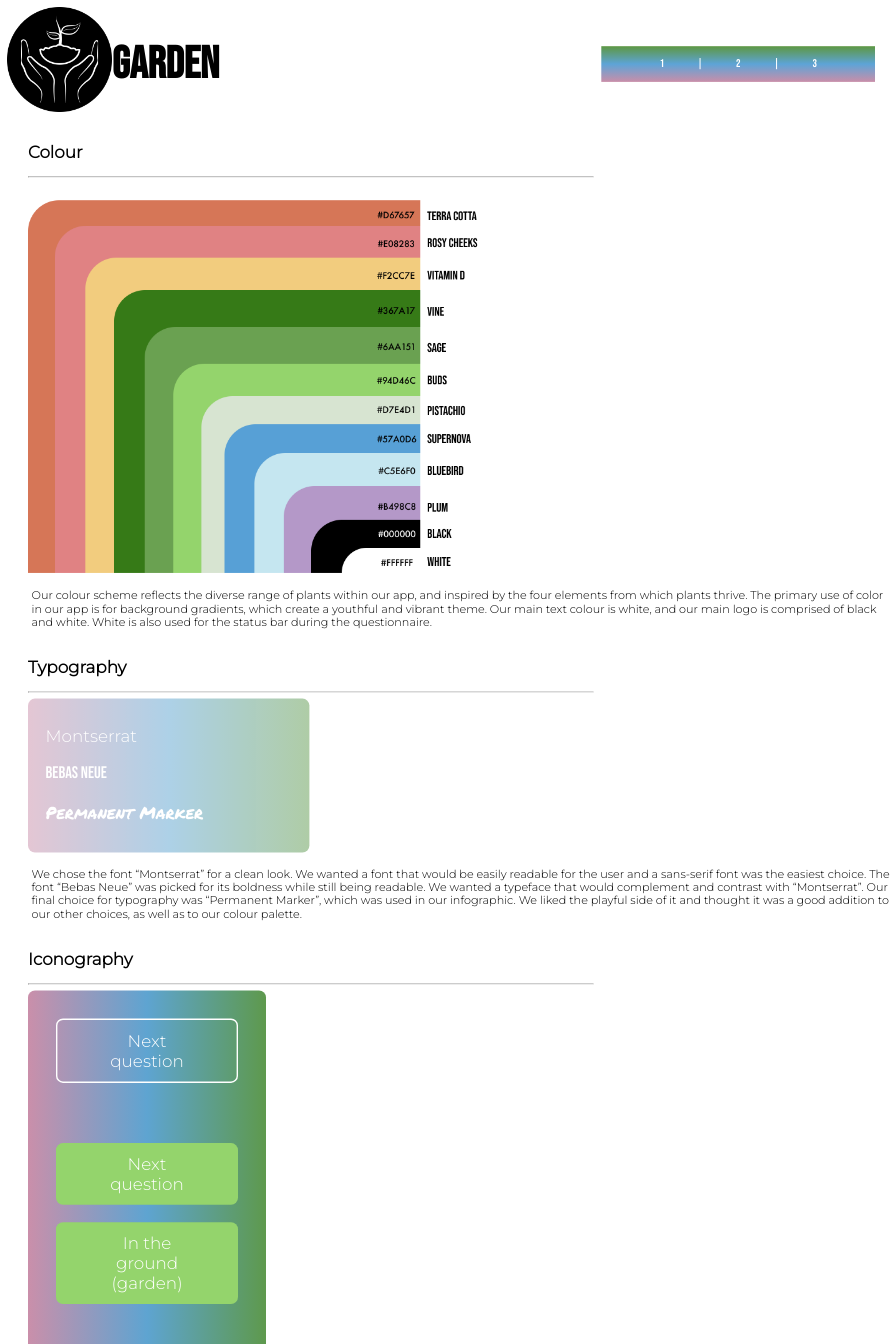
Repository: zoelake/DCDmidterm
Page: DESIGN-HERE/page2.html
These files come from the project's save history. The page is drawn as it stood at one moment and after the next save; the edit follows.
The browser window is 1280 px wide. The pictures show the part of the page from y = 0 to 1920 px (the page is 3275 px tall), at 70% of full size.

Above is the page before, as saved 2021-03-23 19:04:57.

### DESIGN-HERE/page2.html
<!DOCTYPE html>
<html lang="en">

<head>
    <meta charset="UTF-8">
    <meta http-equiv="X-UA-Compatible" content="IE=edge">
    <meta name="viewport" content="width=device-width, initial-scale=1.0">
    <title>Garden</title>

    <!-- google fonts here  -->
    <link rel="preconnect" href="https://fonts.gstatic.com">
    <link href="https://fonts.googleapis.com/css2?family=Montserrat:ital,wght@0,300;1,700&display=swap"
        rel="stylesheet">
    <link rel="preconnect" href="https://fonts.gstatic.com">
    <link href="https://fonts.googleapis.com/css2?family=Bebas+Neue&display=swap" rel="stylesheet">
    <link rel="preconnect" href="https://fonts.gstatic.com">
    <link href="https://fonts.googleapis.com/css2?family=Permanent+Marker&display=swap" rel="stylesheet">

    <link rel="stylesheet" type="text/css" href="style2.css">
</head>

<body>
    <header>
        <div id="header">
            <div id="logo">
                <img id="logo-image" src="images/logo-main.png" alt="Garden logo">
                <h1>Garden</h1>
            </div>
            <div id="nav_container">
                <div id="nav">
                    <p><a href="index.html">1</a> | <a href="page2.html">2</a> | <a href="page3.html">3</a></p>
                </div>
            </div>
        </div>
    </header>

    <!-- main content here -->

    <ul class="styleguide-details">
        <li>
            <div class="container">
                <div class="title">
                    <h2>Colour</h2>
                    <hr>
                </div>
                <div class="palette">
                    <img id="palettes" alt="colour" src="images/Palettes.png">
                </div>
                <div class="text" id="colour-info">
                    <p>Our colour scheme reflects the diverse range of plants within our app, and inspired by the four
                        elements from which plants thrive.

                        The primary use of color in our app is for background gradients, which create a youthful and
                        vibrant theme.

                        Our main text colour is white, and our main logo is comprised of black and white. White is also
                        used for the status bar during the questionnaire. </p>
                </div>
                <div id="clear"></div>
            </div>
        </li>

        <li>
            <div class="container">
                <div class="title">
                    <h2>Typography</h2>
                    <hr>
                </div>
                <div id="font-styles">
                    <p class="mont">Montserrat</p>
                    <p class="bebas">Bebas Neue</p>
                    <p class="perma">Permanent Marker</p>
                </div>
                <div class="text">
                    <p>We chose the font “Montserrat” for a clean look. We wanted a font that would be easily readable
                        for the user and a sans-serif font was the easiest choice.

                        The font “Bebas Neue” was picked for its boldness while still being readable. We wanted a
                        typeface that would complement and contrast with “Montserrat”.

                        Our final choice for typography was “Permanent Marker”, which was used in our infographic. We
                        liked the playful side of it and thought it was a good addition to our other choices, as well as
                        to our colour palette.</p>
                </div>
            </div>
        </li>

        <li>
            <div class="container">
                <div class="title">
                    <h2>Iconography</h2>
                    <hr>
                </div>
                <div class="icono-styles">
                    <div class="buttons">
                        <button class="button">Next question</button><br><br>
                        <button class="green">Next question</button>
                        <button class="green">In the ground (garden)</button>
                    </div>
                    <div class="icons">
                        <img alt="sunny" src="images/sun.png" width="75" height="75">
                        <img alt="watering" src="images/bucket.png" width="75" height="75">
                        <img alt="globe" src="images/globe.png" width="75" height="75">
                    </div>
                    <div class="images">
                        <img id="cactus" alt="cacti" src="images/cactus.png" width="120" height="120">
                    </div>
                </div>
                <div class="text">
                    <p>For our iconography, we went with colours that found in nature; for this reason, a large emphasis
                        is placed on green. The rounder shapes also connect well with our logo and emulate organic
                        shapes typically found outdoors.

                        To create contrast, we used white as a color for the fonts and/or the buttons.

                        Rounded borders were also chosen to create the appearance of a button- this familiar design
                        creates a connection to clickability in the users’ mind. </p>
                </div>
            </div>
        </li>

        <li>
            <div class="container">
                <div class="title">
                    <h2>Graphics</h2>
                    <hr>
                </div>
                <div class="graphics_text">
                    <p>For our graphics, we took a simple approach- playful and direct imagery. Our users will be shown
                        images relevant to the text on-screen.

                        The colour green is also heavily emphasized. This tiess our graphics to existing elements, and
                        falls into line with our existing colour scheme.</p>
                </div>
                <div class="graphics-styles">
                    <img id="worldmap" alt="map" src="images/worldmap.png">
                    <img id="growing" alt="tomato" src="images/tomatoes.png">
                    <img id="garden" alt="food" src="images/garden.png">
                </div>
            </div>
        </li>
    </ul>

    <footer>
        <div id="foot_div">
            <img id="rainbow-stripes" alt="decorative" src="images/rainbow-stripes.png">
        </div>
    </footer>
</body>

</html>

### DESIGN-HERE/style2.css
html, body {
    margin: 0 auto;
    width: 100vw;
    height: 100vh;
    padding:0;
}

/* font-family: 'Permanent Marker', cursive;
font-family: 'Bebas Neue', cursive;
font-family: 'Montserrat', sans-serif; */

#header {
    display: flex;
    flex-direction: row;
    top: 0;
    left:0;
    align-items: center;
    padding: 10px;
}

#logo {
    display: flex;
    justify-content: flex-start;
    width: 50%;
}

#logo-image {
    width: 150px;
    height: 150px;
}

h1 {
    font-family: 'Bebas Neue', cursive;
    font-size: 64px;
}

#nav_container {
    display: flex;
    justify-content: flex-end;
    align-items: flex-end;
    width: 100%;
    margin-right: 20px;
}

#nav {
    display: flex;
    justify-content: center;
    padding-left: 30px;
    padding-right: 30px;
    background-image: linear-gradient(#5D9742, #5DA4D7, #C98EA9);
    color: white;
    width: 40%;
    max-width: 100%;
    text-align: center;
    word-spacing: 3.5vmax;
    font-family: 'Bebas Neue', cursive;
}

a{
    color: white;
    text-decoration: none;
}

footer{
    border: 2px solid pink;
    bottom: 0;
    right: 0;
    display: flex;
    justify-content: flex-end;
}

#foot_div {
    display: flex;
    justify-content: flex-end;
    width: 100%;
}

#rainbow-stripes {
    width: 25%;
}



/* PAGE 2 BODY */

.styleguide-details {
    list-style-type: none;
}

.styleguide-details li {
    position: relative;
}


.title {
    font-family: 'Montserrat', sans-serif;
    color: #000000;
}

hr {
    margin-right: 50%;
    width: 65%;
    color: #000000;
}

.text {
    font-family: 'Montserrat', sans-serif;
    color: #000000;
    padding: 5px 5px 5px 5px;
}

/* COLOUR SECTION */

#palettes {
    display: flex;
    align-items: center;
    float: left;
    width: 60%;
    max-width: 100%;
    padding-top: 2%;
}

#colour-info {
    float: right;
}

#clear {
    clear: both;
}



/* TYPOGRAPHY SECTION */

#font-styles {
    position: relative;
    width: 30%;
    list-style-type: none;
    background: linear-gradient(to right, #CA8FAA, #5EA4D1, #5E994D);
    padding: 15px;
    border-radius: 10px;
    opacity: 50%;
    flex-wrap: wrap;
}

.mont {
    font-family: 'Montserrat', sans-serif;
    margin-left: 10px;
    color: #FFFFFF;
    font-size: 24px;

}

.bebas {
    font-family: 'Bebas Neue', cursive;
    margin-left: 10px;
    color: #FFFFFF;
    font-size: 24px;

}

.perma {
    font-family: 'Permanent Marker', cursive;
    margin-left: 10px;
    color: #FFFFFF;
    font-size: 24px;
}


/* ICONOGRAPHY SECTION */

.icono-styles {
    background: linear-gradient(to right, #CA8FAA, #5EA4D1, #5E994D);
    padding: 15px;
    width: 25%;
    align-items: center;
    border-radius: 10px;
    text-align: center;
}

button {
    display: block;
    padding: 15px;
    font-size: 24px;
    border-radius: 10px;
    /*margin: 25px;*/
    font-family: 'Montserrat', sans-serif;

}

.buttons {
    width: 100%;
    height: 400px;
    display: block;
    align-items: center;
    justify-content: center;
}

.button {
    margin: 25px;
    padding-left: 50px;
    padding-right: 50px;
    background: transparent;
    color: #FFFFFF;
    border: 2px solid #FFFFFF;
}

.green {
    margin: 25px;
    padding-left: 50px;
    padding-right: 50px;
    border: none;
    background-color: #94d46c;
    color: #FFFFFF;
    text-align: center;
}

.icons {
    margin: 75px;
    display: row;

}


/* GRAPHICS SECTION */

.graphics_text {
    font-family: 'Montserrat', sans-serif;
    color: #000000;
    padding: 5px 5px 5px 5px;
}

.graphics-styles {
    background: linear-gradient(to right, #CA8FAA, #5EA4D1, #5E994D);
    padding: 15px;
    width: 35%;
    border-radius: 10px;
    align-items: center;
}

.graphics-styles img {
    width: 150px;
    height: auto;
    padding: 15px;
}

After the next save:
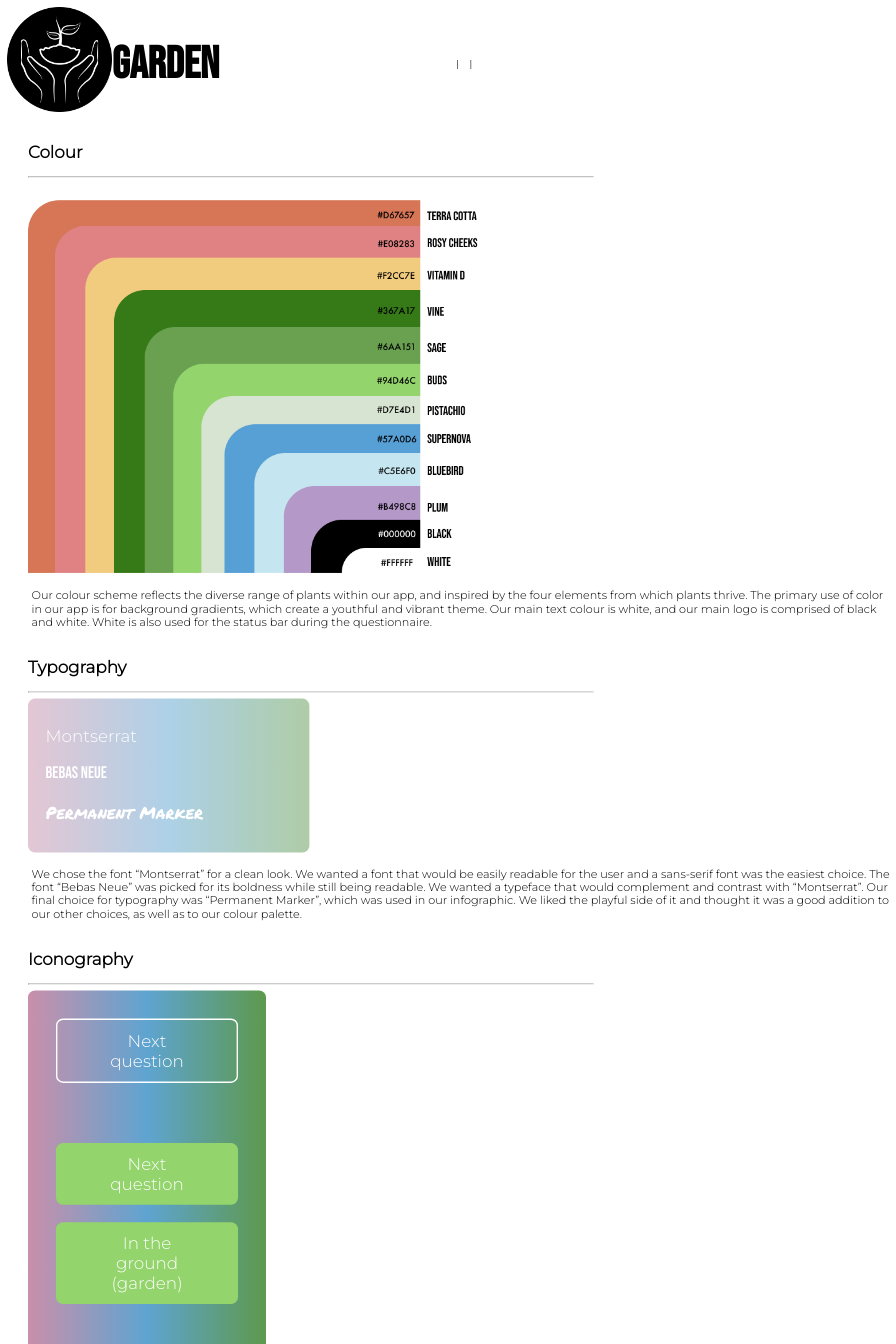
Saved 112 s later.
--- a/DESIGN-HERE/style2.css
+++ b/DESIGN-HERE/style2.css
@@ -34,20 +34,21 @@
     font-size: 64px;
 }
 
-#nav_container {
+.nav_container {
     display: flex;
     justify-content: flex-end;
     align-items: flex-end;
     width: 100%;
     margin-right: 20px;
-}
-
-#nav {
+    min-width: 700px;
+}
+
+.nav {
     display: flex;
     justify-content: center;
     padding-left: 30px;
     padding-right: 30px;
-    background-image: linear-gradient(#5D9742, #5DA4D7, #C98EA9);
+    background-image: linear-gradient(90deg, #5D9742, #5DA4D7, #C98EA9);
     color: white;
     width: 40%;
     max-width: 100%;
